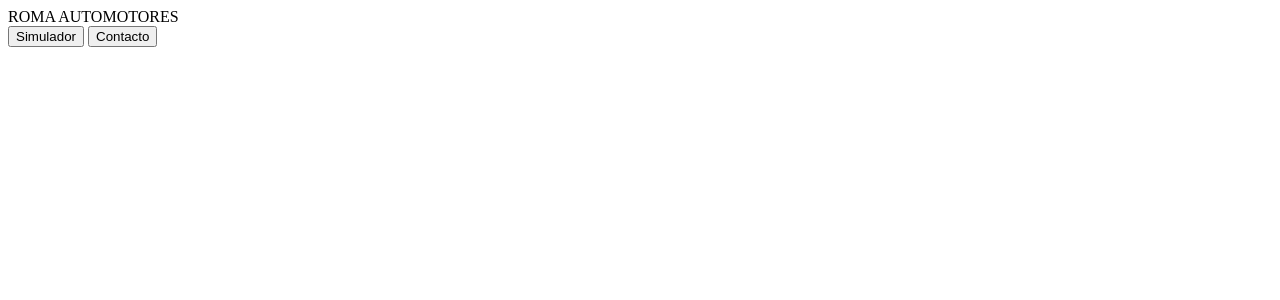
Repository: PPIII-9-012/Roma-System
Page: public/index.html
An editor plug-in stored every save of this project. The page is shown before and after the next save, followed by the edit.
The browser window is 1280 px wide. The pictures show the whole page.

Above is the page before, as saved 2026-08-22 11:45:58.

After the next save:
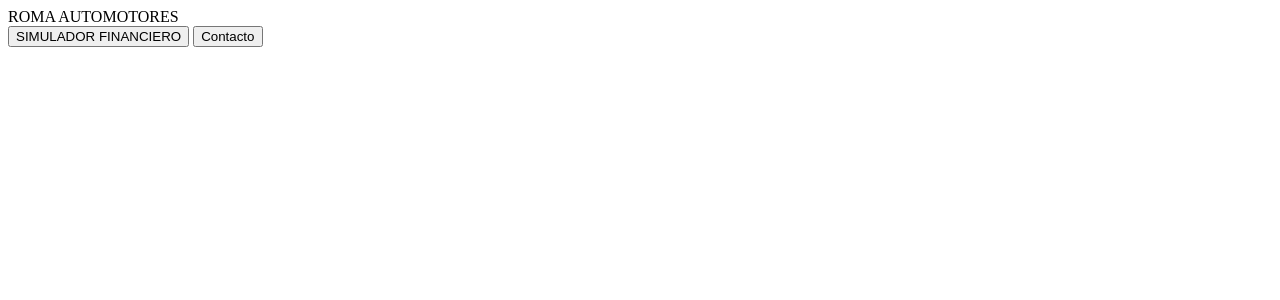
Saved 45 s later.
--- a/public/index.html
+++ b/public/index.html
@@ -17,7 +17,7 @@
         <span class="navbar-brand">AUTOMOTORES</span>
     </div>
     <div class="navbar-links">
-        <button class="navbar-link active" type="button">Simulador</button>
+        <button class="navbar-link active" type="button">SIMULADOR FINANCIERO</button>
         <button class="navbar-link" id="contacto-link">Contacto</button>
     </div>
 </div>
